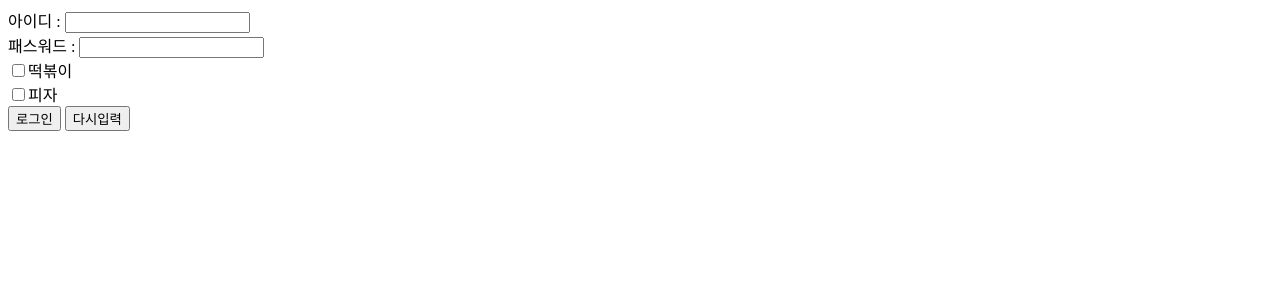
Repository: onerain5120/db_conn
Page: eclipse-workspace/pro06/src/main/webapp/login.html
An editor plug-in stored every save of this project. The page is shown before and after the next save, followed by the edit.
The browser window is 1280 px wide. The pictures show the whole page.

Above is the page before, as saved 2023-09-27 01:55:51.

After the next save:
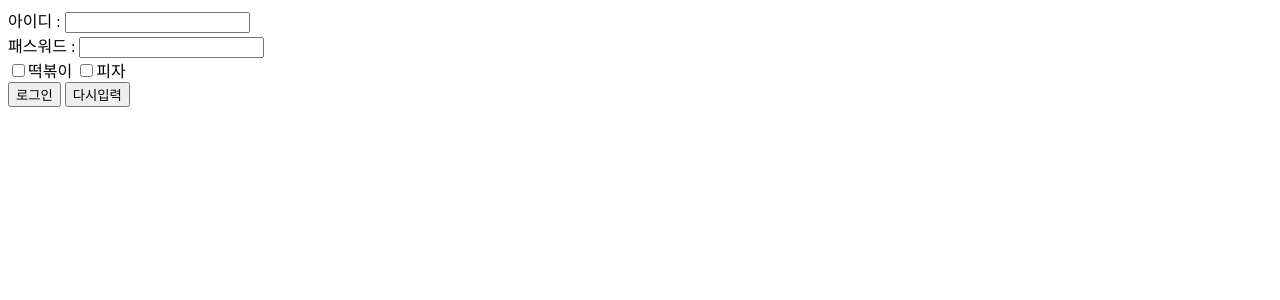
Saved 27 s later.
--- a/eclipse-workspace/pro06/src/main/webapp/login.html
+++ b/eclipse-workspace/pro06/src/main/webapp/login.html
@@ -12,7 +12,7 @@
 		아이디 : <input type="text" name="user_id"><br>
 		패스워드 : <input type="password" name="user_pw"><br>
 
-		<input type="checkbox" value="떡볶이">떡볶이<br>
+		<input type="checkbox" value="떡볶이">떡볶이
 		<input type="checkbox" value="피자">피자<br>
 
 
